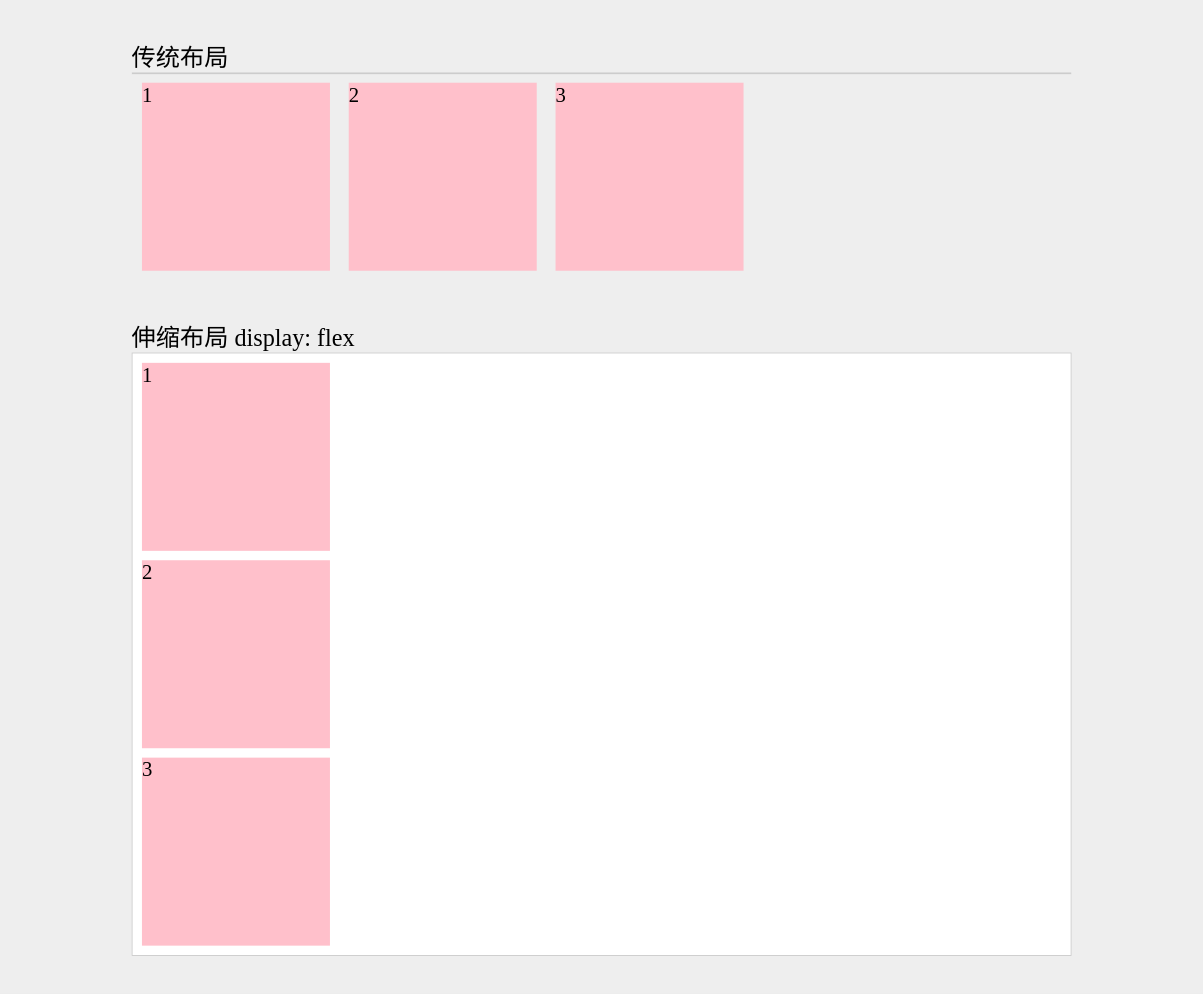
Repository: Germtao/Web
Page: web_css/css3_FLEX布局.html
These files come from the project's save history. The page is drawn as it stood at one moment and after the next save; the edit follows.
The browser window is 1280 px wide. The pictures show the whole page, at 94% of full size.

Above is the page before, as saved 2020-11-04 10:56:07.

### web_css/css3_FLEX布局.html
<!DOCTYPE html>
<html lang="en">

<head>
  <meta charset="UTF-8">
  <meta name="viewport" content="width=device-width, initial-scale=1.0">
  <title>CSS3-FLEX布局</title>

  <style>
    * {
      margin: 0;
      padding: 0;
      list-style: none;
    }

    body {
      background-color: #eee;
      font-family: "Microsoft Yahei";
      font-size: 22px;
    }

    h3 {
      font-weight: normal;
    }

    section {
      width: 1000px;
      margin: 40px auto;
    }

    ul {
      background-color: #fff;
      border: 1px solid #ccc;
    }

    ul li {
      width: 200px;
      height: 200px;
      background-color: pink;
      margin: 10px;
    }

    section:nth-child(1) {
      /* 清除浮动 */
      overflow: hidden;
    }

    section:nth-child(1) ul li {
      float: left;
    }

    /* 设置伸缩盒子 */
  </style>
</head>

<body>
  <section>
    <h3>传统布局</h3>
    <ul>
      <li>1</li>
      <li>2</li>
      <li>3</li>
    </ul>
  </section>

  <section>
    <h3>伸缩布局 display: flex</h3>
    <ul>
      <li>1</li>
      <li>2</li>
      <li>3</li>
    </ul>
  </section>
</body>

</html>

After the next save:
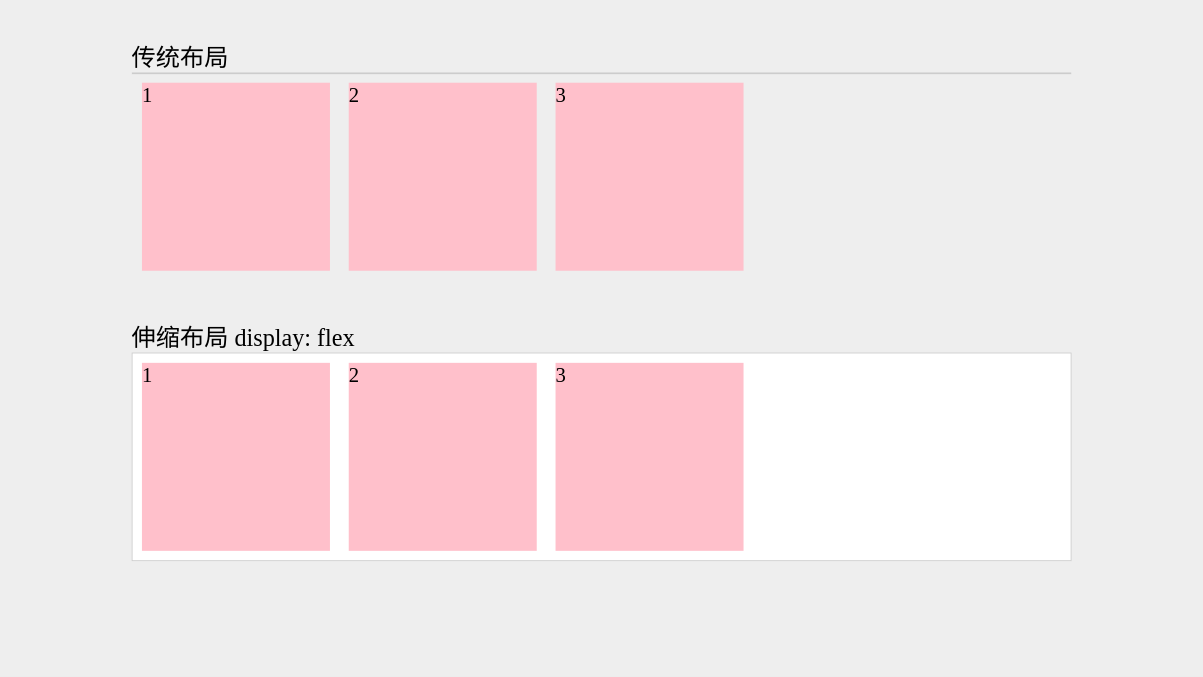
Saved 12 min 38 s later.
--- a/web_css/css3_FLEX布局.html
+++ b/web_css/css3_FLEX布局.html
@@ -50,6 +50,9 @@
     }
 
     /* 设置伸缩盒子 */
+    section:nth-child(2) ul {
+      display: flex;
+    }
   </style>
 </head>
 
